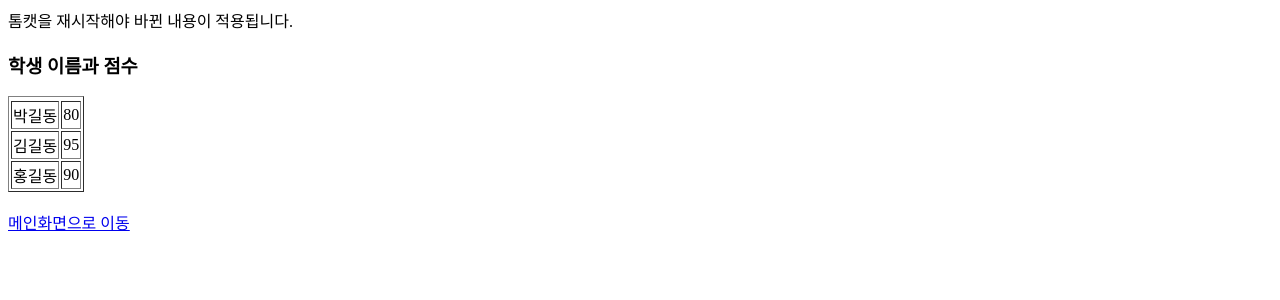
Repository: HeeJaeRA/Yedam
Page: http://localhost/helloWeb/LoginServlet
The author's editor kept a copy of each file at every save. The page is drawn from the files as they stood at one save, then again after the next save.
The browser window is 1280 px wide. The pictures show the whole page.
The page is served by Tomcat 9.

Above is the page before, as saved 2023-10-24 01:34:02.

### Dev/workspace/helloWeb/src/main/java/org/yedam/LoginServlet.java
package org.yedam;

import java.io.IOException;
import java.io.PrintWriter;
import java.util.HashMap;
import java.util.Map;
import java.util.Set;

import javax.servlet.ServletException;
import javax.servlet.annotation.WebServlet;
import javax.servlet.http.HttpServlet;
import javax.servlet.http.HttpServletRequest;
import javax.servlet.http.HttpServletResponse;

@WebServlet("/LoginServlet")
public class LoginServlet extends HttpServlet {
	private static final long serialVersionUID = 1L;

    public LoginServlet() {
        super();
    }

	protected void doGet(HttpServletRequest request, HttpServletResponse response) throws ServletException, IOException {
		//response.getWriter().append("Served at: ").append(request.getContextPath());
		Map<String, Integer> map = new HashMap<>();
		map.put("홍길동", 90);
		map.put("김길동", 95);
		map.put("박길동", 80);

		Set<String> keyset = map.keySet();

		response.setCharacterEncoding("UTF-8");
		response.setContentType("text/html charset=UTF-8");
		PrintWriter out = response.getWriter(); // 출력스트림

		out.print("톰캣을 재시작해야 바뀐 내용이 적용됩니다.");

		out.print("<br><h3>학생 이름과 점수</h3>");

		String str = "<table border = '1'><thead><tr>";
		str += "<tbody>";
		for (String item : keyset) {
			str += "<tr><td>" + item + "</td><td>" + map.get(item) + "</td></tr>";
		}
		str += "</tbody></table>";
		out.print(str);

		out.print("<br><a href = 'index.html'>메인화면으로 이동</a>");
	}

	protected void doPost(HttpServletRequest request, HttpServletResponse response) throws ServletException, IOException {
		doGet(request, response);
	}

}

After the next save:
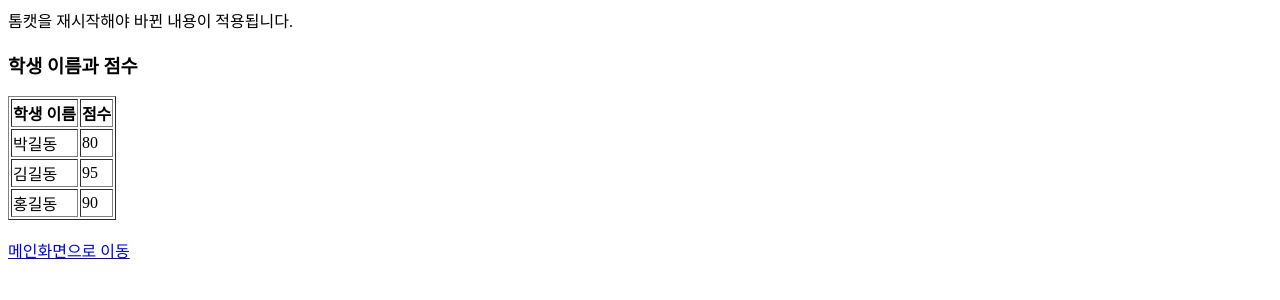
Saved 81 s later.
--- a/Dev/workspace/helloWeb/src/main/java/org/yedam/LoginServlet.java
+++ b/Dev/workspace/helloWeb/src/main/java/org/yedam/LoginServlet.java
@@ -38,6 +38,7 @@ public class LoginServlet extends HttpServlet {
 		out.print("<br><h3>학생 이름과 점수</h3>");
 
 		String str = "<table border = '1'><thead><tr>";
+		str += "<th>학생 이름</th><th>점수</th></tr>";
 		str += "<tbody>";
 		for (String item : keyset) {
 			str += "<tr><td>" + item + "</td><td>" + map.get(item) + "</td></tr>";
